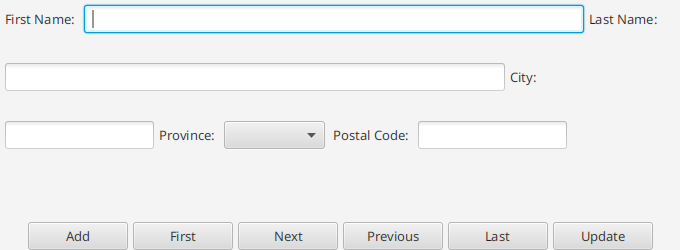
Repository: Mselenko/Java
Program's window: java w_5/JavaFx/src/task_2/AddressBook.java
The author's editor kept a copy of each file at every save. The program's window is drawn from the files as they stood at one save, then again after the next save.
It runs on Java 21 on a 1366 x 768 screen with JavaFX 11; the title bar is not drawn.

Above is the program's window before, as saved 2019-06-22 00:54:46.

### w_5/JavaFx/src/task_2/AddressBook.java
package task_2;

import javafx.application.Application;
import javafx.geometry.Insets;
import javafx.geometry.Pos;
import javafx.scene.Scene;
import javafx.scene.control.Button;
import javafx.scene.control.Label;
import javafx.scene.control.TextField;
import javafx.stage.Stage;
import javafx.scene.layout.BorderPane;
import javafx.scene.layout.FlowPane;
import javafx.scene.layout.HBox;
import javafx.scene.control.ComboBox;


public class AddressBook extends Application {


	class NewPanel extends BorderPane {


		TextField LastName = new TextField();
		TextField City = new TextField();
		ComboBox<String>  Province = new ComboBox();
		TextField Postal_Code = new TextField();
		TextField Result=new TextField();
		Button addBtn = new Button("Add");
		Button firstBtn = new Button("First");
		Button nextBtn = new Button("Next");
		Button previousBtn = new Button("Previous");
		Button lastBtn = new Button("Last");
		Button updateBtn = new Button("Update");
		FlowPane flowPane = new FlowPane(5, 5);
		HBox ButtonPanel = new HBox(5);


	public NewPanel() {
		TextField firstName = new TextField();
		firstName.setPrefColumnCount(40);


		LastName.setPrefColumnCount(40);
		City.setPrefColumnCount(11);
		Province.getItems().add("Province");
		Postal_Code.setPrefColumnCount(11);


		flowPane.setPadding(new Insets(5));
		flowPane.setVgap(30);
		flowPane.getChildren().addAll(
									new Label("First Name: "), firstName,
									new Label("Last Name: "), LastName,
									new Label("City: "), City,
									new Label("Province: "), Province,
									new Label(" Postal Code: "), Postal_Code);


		addBtn.setPrefWidth(100);
		firstBtn.setPrefWidth(100);
		nextBtn.setPrefWidth(100);
		previousBtn.setPrefWidth(100);
		lastBtn.setPrefWidth(100);
		updateBtn.setPrefWidth(100);



		ButtonPanel.getChildren().addAll(addBtn, firstBtn,nextBtn,previousBtn, lastBtn, updateBtn);
		ButtonPanel.setAlignment(Pos.CENTER);

		setCenter(flowPane);
		setBottom(ButtonPanel);

	}
}



	public void start(Stage MainStage) {

		NewPanel panel = new NewPanel();
		Scene scene = new Scene(panel, 680, 250);
		MainStage.setTitle("Address Book");
		MainStage.setScene(scene);
		MainStage.show();
	}


	public static void main(String [] args) {
		launch(args);
	}

}

After the next save:
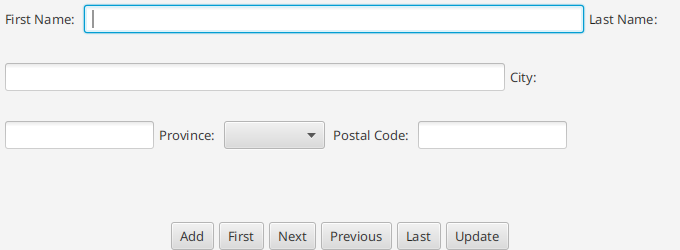
Saved 4 min 14 s later.
--- a/w_5/JavaFx/src/task_2/AddressBook.java
+++ b/w_5/JavaFx/src/task_2/AddressBook.java
@@ -20,17 +20,10 @@
 	class NewPanel extends BorderPane {
 
 
-		TextField LastName = new TextField();
-		TextField City = new TextField();
-		ComboBox<String>  Province = new ComboBox();
-		TextField Postal_Code = new TextField();
-		TextField Result=new TextField();
-		Button addBtn = new Button("Add");
-		Button firstBtn = new Button("First");
-		Button nextBtn = new Button("Next");
-		Button previousBtn = new Button("Previous");
-		Button lastBtn = new Button("Last");
-		Button updateBtn = new Button("Update");
+
+
+
+
 		FlowPane flowPane = new FlowPane(5, 5);
 		HBox ButtonPanel = new HBox(5);
 
@@ -39,29 +32,43 @@
 		TextField firstName = new TextField();
 		firstName.setPrefColumnCount(40);
 
+		TextField lastName = new TextField();
+		lastName.setPrefColumnCount(40);
 
-		LastName.setPrefColumnCount(40);
-		City.setPrefColumnCount(11);
-		Province.getItems().add("Province");
-		Postal_Code.setPrefColumnCount(11);
+		TextField city = new TextField();
+		city.setPrefColumnCount(11);
+
+		ComboBox<String>  province = new ComboBox();
+		province.getItems().add("Province");
+
+		TextField postalCode = new TextField();
+		postalCode.setPrefColumnCount(11);
 
 
 		flowPane.setPadding(new Insets(5));
 		flowPane.setVgap(30);
 		flowPane.getChildren().addAll(
 									new Label("First Name: "), firstName,
-									new Label("Last Name: "), LastName,
-									new Label("City: "), City,
-									new Label("Province: "), Province,
-									new Label(" Postal Code: "), Postal_Code);
+									new Label("Last Name: "), lastName,
+									new Label("City: "), city,
+									new Label("Province: "), province,
+									new Label(" Postal Code: "), postalCode);
 
 
-		addBtn.setPrefWidth(100);
-		firstBtn.setPrefWidth(100);
-		nextBtn.setPrefWidth(100);
-		previousBtn.setPrefWidth(100);
-		lastBtn.setPrefWidth(100);
-		updateBtn.setPrefWidth(100);
+		Button addBtn = new Button("Add");
+		Button firstBtn = new Button("First");
+		Button nextBtn = new Button("Next");
+		Button previousBtn = new Button("Previous");
+		Button lastBtn = new Button("Last");
+		Button updateBtn = new Button("Update");
+
+
+//		addBtn.setPrefWidth(100);
+//		firstBtn.setPrefWidth(100);
+//		nextBtn.setPrefWidth(100);
+//		previousBtn.setPrefWidth(100);
+//		lastBtn.setPrefWidth(100);
+//		updateBtn.setPrefWidth(100);
 
 
 
